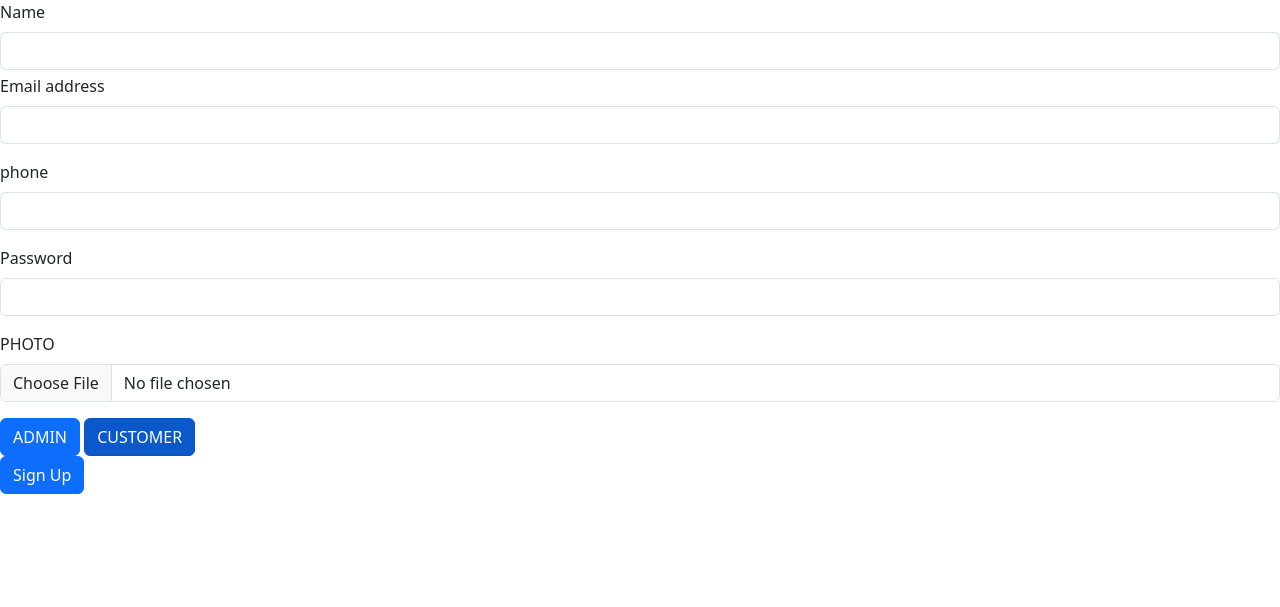
Repository: Anwithgowda/bank-app
Page: http://localhost/movie-book-app/form.jsp
The author's editor kept a copy of each file at every save. The page is drawn from the files as they stood at one save, then again after the next save.
The browser window is 1280 px wide. The pictures show the whole page.
The page is served by Tomcat 10. Other server files are loaded and not shown.

Above is the page before, as saved 2024-02-26 09:22:26.

### movieapp/movie-book-app/src/main/webapp/form.jsp
<%@ page language="java" contentType="text/html; charset=ISO-8859-1"
    pageEncoding="ISO-8859-1"%>
    <%@ taglib prefix="form" uri="http://www.springframework.org/tags/form" %>
<!DOCTYPE html>
<html>
<head>
<meta charset="ISO-8859-1">
<title>Insert title here</title>
<link href="https://cdn.jsdelivr.net/npm/bootstrap@5.3.3/dist/css/bootstrap.min.css" rel="stylesheet" integrity="sha384-QWTKZyjpPEjISv5WaRU9OFeRpok6YctnYmDr5pNlyT2bRjXh0JMhjY6hW+ALEwIH" crossorigin="anonymous">
<script src="https://cdn.jsdelivr.net/npm/bootstrap@5.3.3/dist/js/bootstrap.bundle.min.js" integrity="sha384-YvpcrYf0tY3lHB60NNkmXc5s9fDVZLESaAA55NDzOxhy9GkcIdslK1eN7N6jIeHz" crossorigin="anonymous"></script>

</head>
<body>
<form action="save" method="post" enctype="multipart/form-data">
<div class="mb-1">
    <label for="exampleInputEmail1" class="form-label">Name</label>
    <input type="text" name="name" class="form-control" id="exampleInputEmail1" aria-describedby="emailHelp">
  </div>
  <div class="mb-3">
    <label for="exampleInputEmail1" class="form-label">Email address</label>
    <input type="email" name="email" class="form-control" id="exampleInputEmail1" aria-describedby="emailHelp">

  </div>
  <div class="mb-3">
    <label for="exampleInputEmail1" class="form-label">phone</label>
    <input type="tel" name="phone" class="form-control" id="exampleInputEmail1" aria-describedby="emailHelp">
  </div>
  <div class="mb-3">
    <label for="exampleInputPassword1" class="form-label">Password</label>
    <input type="password" name="password" class="form-control" id="exampleInputPassword1">
  </div>

  <div class="mb-3">
  <label for="formFile" class="form-label">PHOTO</label>
  <input class="form-control" type="file" id="formFile" name="img">
</div>
<input type="checkbox" class="btn-check" id="btn-check" autocomplete="off">
<label class="btn btn-primary" name="role" value="ADMIN" for="btn-check">ADMIN</label>

<input type="checkbox" class="btn-check" id="btn-check-2" checked autocomplete="off">
<label class="btn btn-primary" name="role" value="ADMIN" for="btn-check-2">CUSTOMER</label>

   <div class="col-12">
    <button type="submit" class="btn btn-primary">Sign Up</button>
  </div>
</form>

</body>
</html>

After the next save:
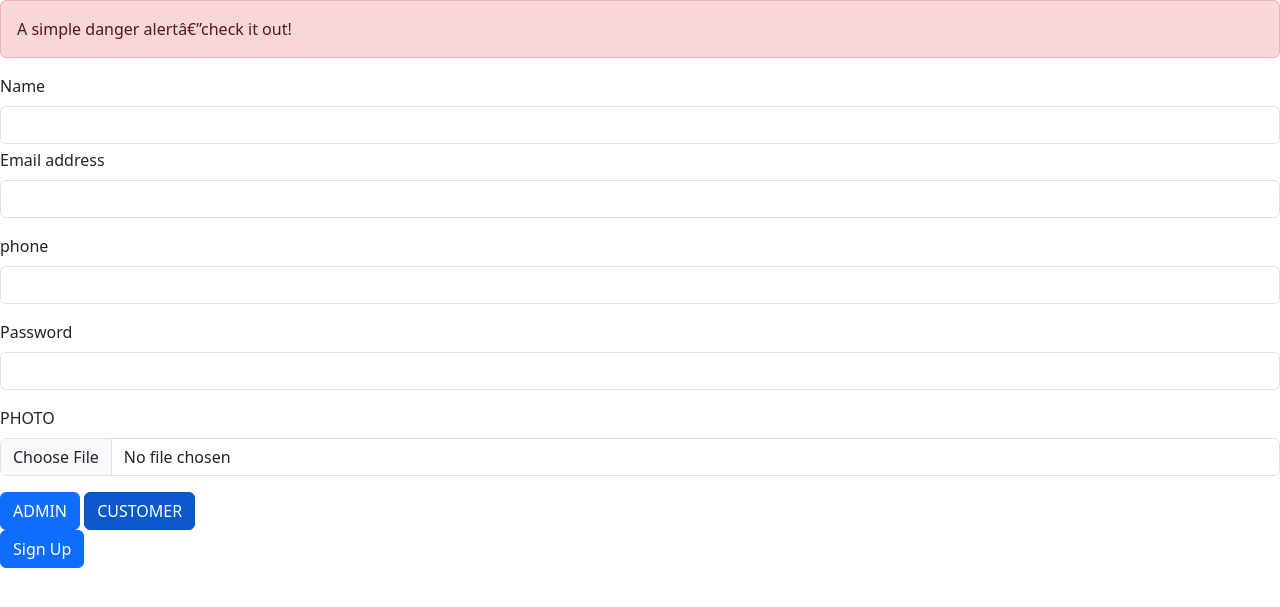
Saved 74 s later.
--- a/movieapp/movie-book-app/src/main/webapp/form.jsp
+++ b/movieapp/movie-book-app/src/main/webapp/form.jsp
@@ -11,6 +11,9 @@
 
 </head>
 <body>
+<div class="alert alert-danger" role="alert">
+  A simple danger alert—check it out!
+</div>
 <form action="save" method="post" enctype="multipart/form-data">
 <div class="mb-1">
     <label for="exampleInputEmail1" class="form-label">Name</label>
